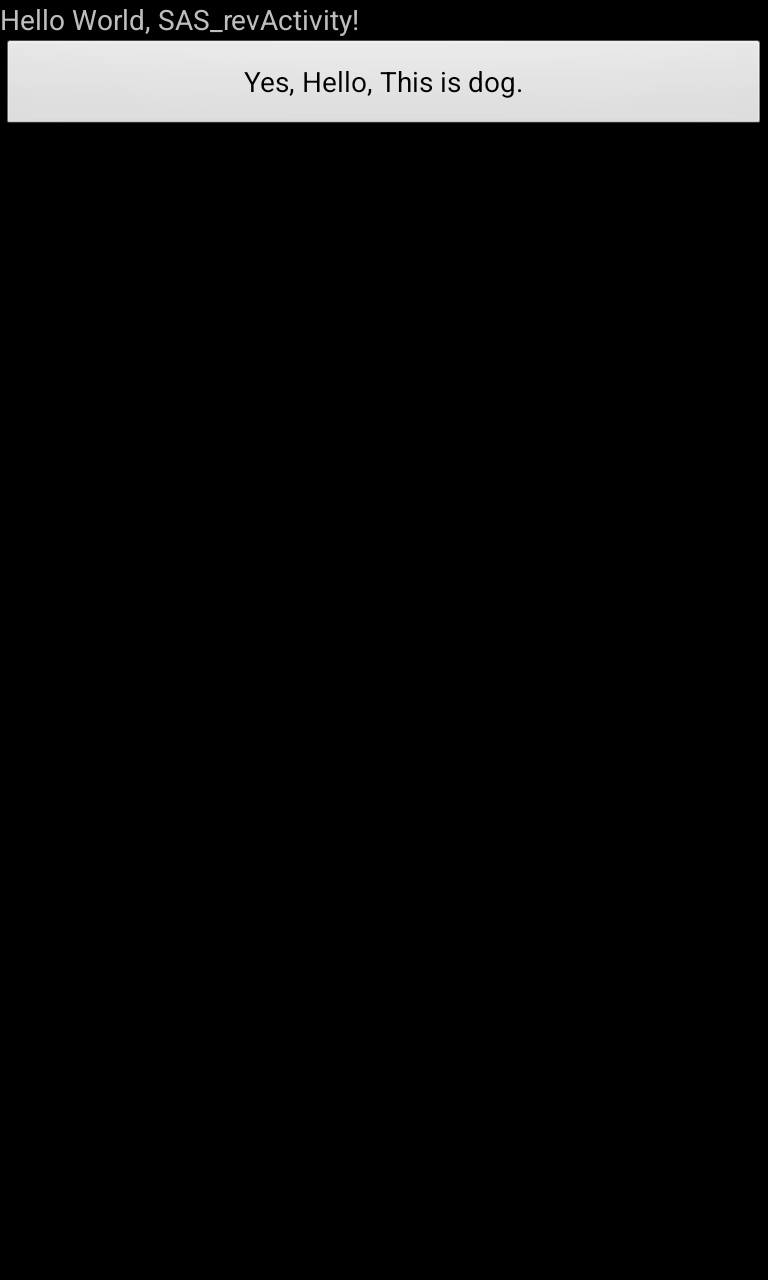
Repository: RaabsIn513/eclipse_workspace
Layout: SAS_rev/res/layout/main.xml
The author's editor kept a copy of each file at every save. The layout is drawn from the files as they stood at one save, then again after the next save.
It is drawn on a 768 x 1280 px phone screen (xhdpi) without system bars, with theme android:Theme; the app's code is not run.

Above is the layout before, as saved 2012-02-08 17:40:40.

### SAS_rev/res/layout/main.xml
<?xml version="1.0" encoding="utf-8"?>
<LinearLayout xmlns:android="http://schemas.android.com/apk/res/android"
    android:layout_width="fill_parent"
    android:layout_height="fill_parent"
    android:orientation="vertical" >

    <TextView
        android:layout_width="fill_parent"
        android:layout_height="wrap_content"
        android:text="@string/hello" />

    <Button
        android:id="@+id/dog"
        android:layout_width="fill_parent"
        android:layout_height="wrap_content"
        android:text="Yes, Hello, This is dog." />

</LinearLayout>

### SAS_rev/res/values/strings.xml
<?xml version="1.0" encoding="utf-8"?>
<resources>

    <string name="hello">Hello World, SAS_revActivity!</string>
    <string name="app_name">SAS_rev</string>

</resources>

After the next save:
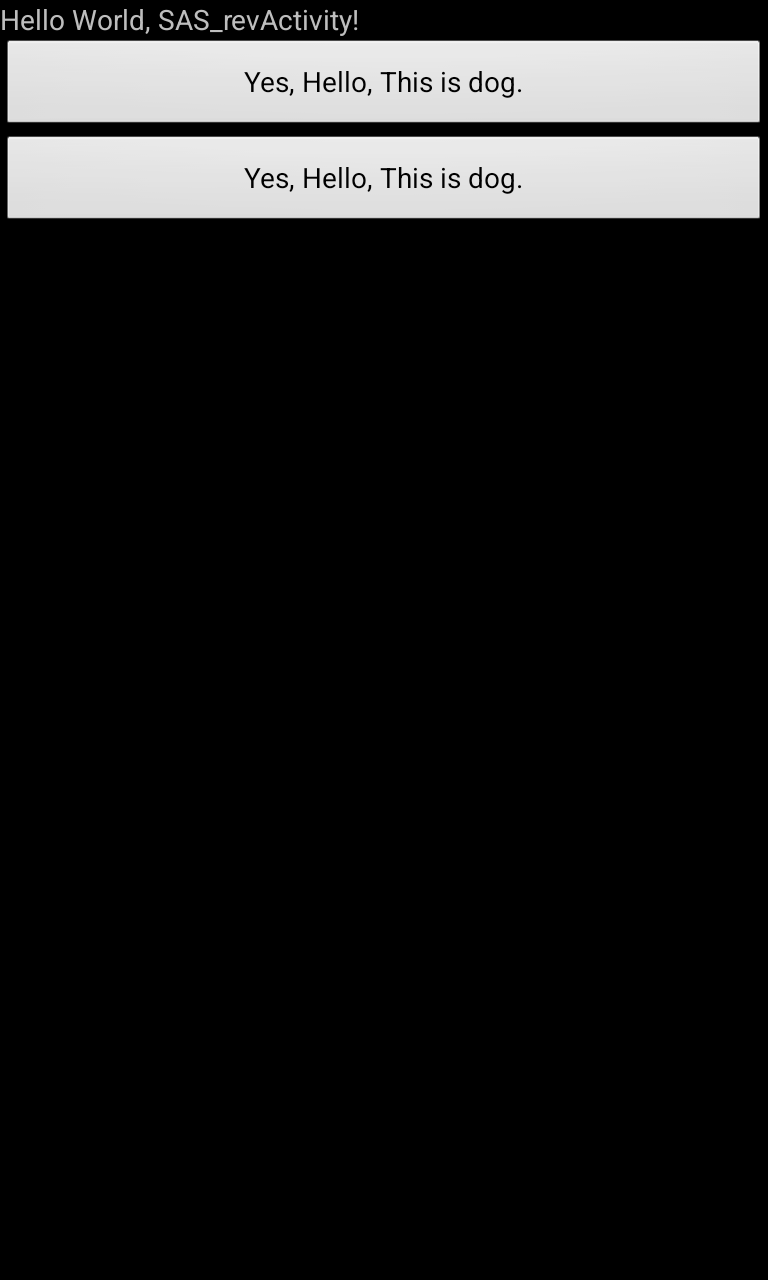
Saved 8 s later.
--- a/SAS_rev/res/layout/main.xml
+++ b/SAS_rev/res/layout/main.xml
@@ -15,4 +15,10 @@
         android:layout_height="wrap_content"
         android:text="Yes, Hello, This is dog." />
 
+        <Button
+        android:id="@+id/dog"
+        android:layout_width="fill_parent"
+        android:layout_height="wrap_content"
+        android:text="Yes, Hello, This is dog." />
+
 </LinearLayout>
